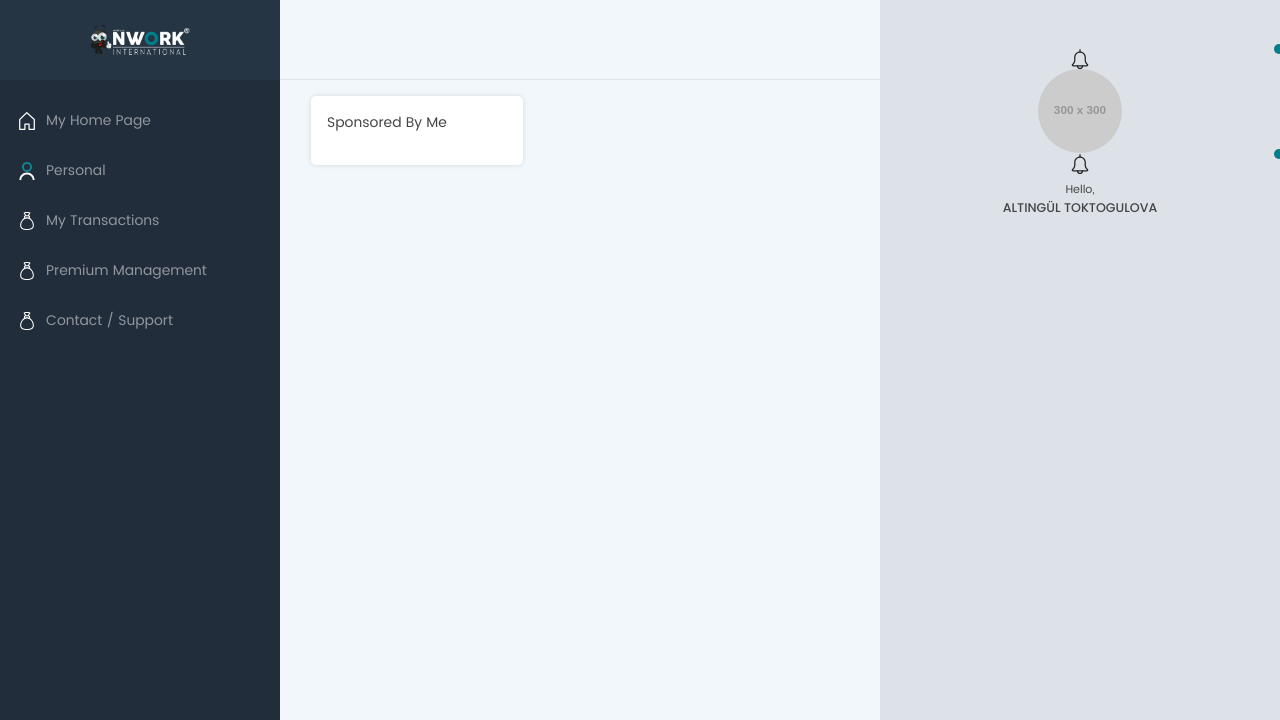
Repository: KayahanKahriman/nwork-admin
Page: index.html
These files come from the project's save history. The page is drawn as it stood at one moment and after the next save; the edit follows.
The browser window is 1280 px wide. The pictures show the whole page.
Some web fonts or font styles are not loaded; a fallback is used. The style sheet was rebuilt from its Sass, Less or Tailwind sources for each picture, by a compiler version that may differ from the author's.

Above is the page before, as saved 2021-06-09 16:15:47.

After the next save:
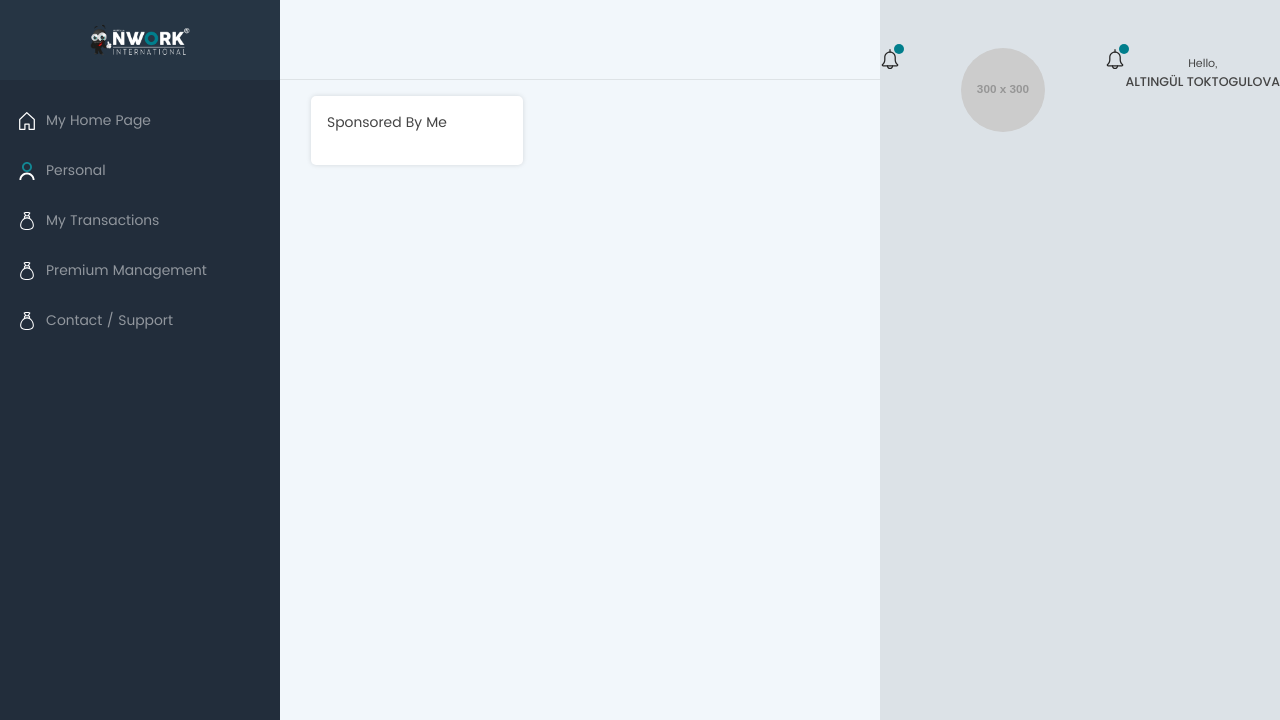
Saved 14 s later.
--- a/index.html
+++ b/index.html
@@ -105,35 +105,37 @@
     </main>
     <section id="user-aside" class="text-center py-5">
 
-        <div id="notification" class="has-notification">
-            <a href="#">
-                <svg fill="#242424" width="20" height="20" viewBox="-43 0 512 512">
-                    <path d="m213.332031 512c-44.117187 0-80-35.882812-80-80 0-8.832031 7.167969-16 16-16s16 7.167969 16 16c0 26.476562 21.527344 48 48 48 26.476563 0 48-21.523438 48-48 0-8.832031 7.167969-16 16-16s16 7.167969 16 16c0 44.117188-35.882812 80-80 80zm0 0"></path>
-                    <path d="m389.332031 448h-352c-20.585937 0-37.332031-16.746094-37.332031-37.332031 0-10.925781 4.757812-21.269531 13.054688-28.375 32.449218-27.414063 50.945312-67.261719 50.945312-109.480469v-59.480469c0-82.34375 66.988281-149.332031 149.332031-149.332031 82.347657 0 149.335938 66.988281 149.335938 149.332031v59.480469c0 42.21875 18.496093 82.066406 50.730469 109.332031 8.511718 7.253907 13.269531 17.597657 13.269531 28.523438 0 20.585937-16.746094 37.332031-37.335938 37.332031zm-176-352c-64.703125 0-117.332031 52.628906-117.332031 117.332031v59.480469c0 51.644531-22.632812 100.414062-62.078125 133.757812-.75.640626-1.921875 1.964844-1.921875 4.097657 0 2.898437 2.433594 5.332031 5.332031 5.332031h352c2.902344 0 5.335938-2.433594 5.335938-5.332031 0-2.132813-1.175781-3.457031-1.878907-4.054688-39.488281-33.386719-62.121093-82.15625-62.121093-133.800781v-59.480469c0-64.703125-52.628907-117.332031-117.335938-117.332031zm0 0"></path>
-                    <path d="m213.332031 96c-8.832031 0-16-7.167969-16-16v-64c0-8.832031 7.167969-16 16-16s16 7.167969 16 16v64c0 8.832031-7.167969 16-16 16zm0 0"></path>
-                </svg>
-                <i></i>
-            </a>
-        </div>
+        <div class="d-flex">
+            <div id="notification" class="has-notification">
+                <a href="#">
+                    <svg fill="#242424" width="20" height="20" viewBox="-43 0 512 512">
+                        <path d="m213.332031 512c-44.117187 0-80-35.882812-80-80 0-8.832031 7.167969-16 16-16s16 7.167969 16 16c0 26.476562 21.527344 48 48 48 26.476563 0 48-21.523438 48-48 0-8.832031 7.167969-16 16-16s16 7.167969 16 16c0 44.117188-35.882812 80-80 80zm0 0"></path>
+                        <path d="m389.332031 448h-352c-20.585937 0-37.332031-16.746094-37.332031-37.332031 0-10.925781 4.757812-21.269531 13.054688-28.375 32.449218-27.414063 50.945312-67.261719 50.945312-109.480469v-59.480469c0-82.34375 66.988281-149.332031 149.332031-149.332031 82.347657 0 149.335938 66.988281 149.335938 149.332031v59.480469c0 42.21875 18.496093 82.066406 50.730469 109.332031 8.511718 7.253907 13.269531 17.597657 13.269531 28.523438 0 20.585937-16.746094 37.332031-37.335938 37.332031zm-176-352c-64.703125 0-117.332031 52.628906-117.332031 117.332031v59.480469c0 51.644531-22.632812 100.414062-62.078125 133.757812-.75.640626-1.921875 1.964844-1.921875 4.097657 0 2.898437 2.433594 5.332031 5.332031 5.332031h352c2.902344 0 5.335938-2.433594 5.335938-5.332031 0-2.132813-1.175781-3.457031-1.878907-4.054688-39.488281-33.386719-62.121093-82.15625-62.121093-133.800781v-59.480469c0-64.703125-52.628907-117.332031-117.335938-117.332031zm0 0"></path>
+                        <path d="m213.332031 96c-8.832031 0-16-7.167969-16-16v-64c0-8.832031 7.167969-16 16-16s16 7.167969 16 16v64c0 8.832031-7.167969 16-16 16zm0 0"></path>
+                    </svg>
+                    <i></i>
+                </a>
+            </div>
 
-        <div id="user-image" class="d-flex m-auto">
-            <img class="img-cover" src="//via.placeholder.com/300x300" alt="">
-        </div>
+            <div id="user-image" class="d-flex m-auto">
+                <img class="img-cover" src="//via.placeholder.com/300x300" alt="">
+            </div>
 
-        <div id="notification" class="has-notification">
-            <a href="#">
-                <svg fill="#242424" width="20" height="20" viewBox="-43 0 512 512">
-                    <path d="m213.332031 512c-44.117187 0-80-35.882812-80-80 0-8.832031 7.167969-16 16-16s16 7.167969 16 16c0 26.476562 21.527344 48 48 48 26.476563 0 48-21.523438 48-48 0-8.832031 7.167969-16 16-16s16 7.167969 16 16c0 44.117188-35.882812 80-80 80zm0 0"></path>
-                    <path d="m389.332031 448h-352c-20.585937 0-37.332031-16.746094-37.332031-37.332031 0-10.925781 4.757812-21.269531 13.054688-28.375 32.449218-27.414063 50.945312-67.261719 50.945312-109.480469v-59.480469c0-82.34375 66.988281-149.332031 149.332031-149.332031 82.347657 0 149.335938 66.988281 149.335938 149.332031v59.480469c0 42.21875 18.496093 82.066406 50.730469 109.332031 8.511718 7.253907 13.269531 17.597657 13.269531 28.523438 0 20.585937-16.746094 37.332031-37.335938 37.332031zm-176-352c-64.703125 0-117.332031 52.628906-117.332031 117.332031v59.480469c0 51.644531-22.632812 100.414062-62.078125 133.757812-.75.640626-1.921875 1.964844-1.921875 4.097657 0 2.898437 2.433594 5.332031 5.332031 5.332031h352c2.902344 0 5.335938-2.433594 5.335938-5.332031 0-2.132813-1.175781-3.457031-1.878907-4.054688-39.488281-33.386719-62.121093-82.15625-62.121093-133.800781v-59.480469c0-64.703125-52.628907-117.332031-117.335938-117.332031zm0 0"></path>
-                    <path d="m213.332031 96c-8.832031 0-16-7.167969-16-16v-64c0-8.832031 7.167969-16 16-16s16 7.167969 16 16v64c0 8.832031-7.167969 16-16 16zm0 0"></path>
-                </svg>
-                <i></i>
-            </a>
-        </div>
+            <div id="notification" class="has-notification">
+                <a href="#">
+                    <svg fill="#242424" width="20" height="20" viewBox="-43 0 512 512">
+                        <path d="m213.332031 512c-44.117187 0-80-35.882812-80-80 0-8.832031 7.167969-16 16-16s16 7.167969 16 16c0 26.476562 21.527344 48 48 48 26.476563 0 48-21.523438 48-48 0-8.832031 7.167969-16 16-16s16 7.167969 16 16c0 44.117188-35.882812 80-80 80zm0 0"></path>
+                        <path d="m389.332031 448h-352c-20.585937 0-37.332031-16.746094-37.332031-37.332031 0-10.925781 4.757812-21.269531 13.054688-28.375 32.449218-27.414063 50.945312-67.261719 50.945312-109.480469v-59.480469c0-82.34375 66.988281-149.332031 149.332031-149.332031 82.347657 0 149.335938 66.988281 149.335938 149.332031v59.480469c0 42.21875 18.496093 82.066406 50.730469 109.332031 8.511718 7.253907 13.269531 17.597657 13.269531 28.523438 0 20.585937-16.746094 37.332031-37.335938 37.332031zm-176-352c-64.703125 0-117.332031 52.628906-117.332031 117.332031v59.480469c0 51.644531-22.632812 100.414062-62.078125 133.757812-.75.640626-1.921875 1.964844-1.921875 4.097657 0 2.898437 2.433594 5.332031 5.332031 5.332031h352c2.902344 0 5.335938-2.433594 5.335938-5.332031 0-2.132813-1.175781-3.457031-1.878907-4.054688-39.488281-33.386719-62.121093-82.15625-62.121093-133.800781v-59.480469c0-64.703125-52.628907-117.332031-117.335938-117.332031zm0 0"></path>
+                        <path d="m213.332031 96c-8.832031 0-16-7.167969-16-16v-64c0-8.832031 7.167969-16 16-16s16 7.167969 16 16v64c0 8.832031-7.167969 16-16 16zm0 0"></path>
+                    </svg>
+                    <i></i>
+                </a>
+            </div>
 
-        <div id="user" class="mt-2">
-            <span>Hello,</span>
-            <p class="mb-0">altıngül toktogulova</p>
+            <div id="user" class="mt-2">
+                <span>Hello,</span>
+                <p class="mb-0">altıngül toktogulova</p>
+            </div>
         </div>
 
     </section>
